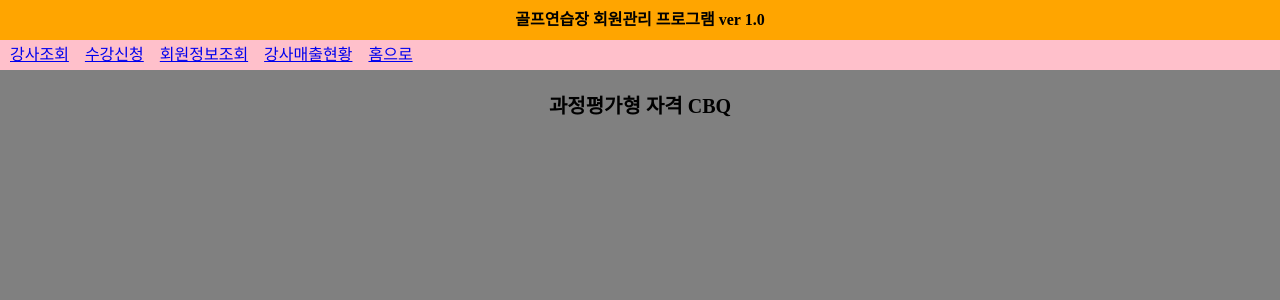
Repository: wjdwlgns1101/school_hrd
Page: http://localhost/hrd_30111_1_/
An editor plug-in stored every save of this project. The page is shown before and after the next save, followed by the edit.
The browser window is 1280 px wide. The pictures show the whole page.
The page is served by Tomcat 9.

Above is the page before, as saved 2024-05-06 13:55:33.

After the next save:
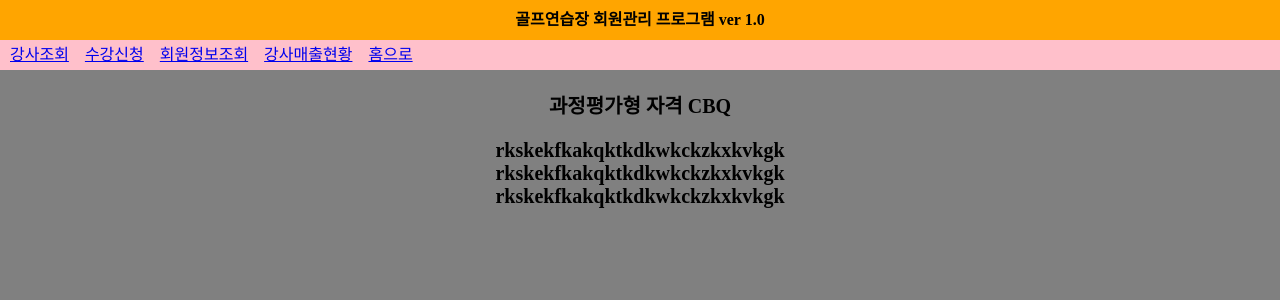
Saved 70 s later.
--- a/hrd_30111_(1)/hrd_30111(1)/src/main/webapp/index.jsp
+++ b/hrd_30111_(1)/hrd_30111(1)/src/main/webapp/index.jsp
@@ -11,6 +11,14 @@
 <section style="position: fixed; background-color: gray; top: 70px; text-align: center; left: 0; width: 100%; height: 100%; padding-top: 20px;">
 <b style="font-size: 20px;">과정평가형 자격 CBQ<b>
 
+<p>
+	rkskekfkakqktkdkwkckzkxkvkgk <br>
+	rkskekfkakqktkdkwkckzkxkvkgk <br>
+	rkskekfkakqktkdkwkckzkxkvkgk <br>
+
+
+</p>
+
 
 </section>
 
